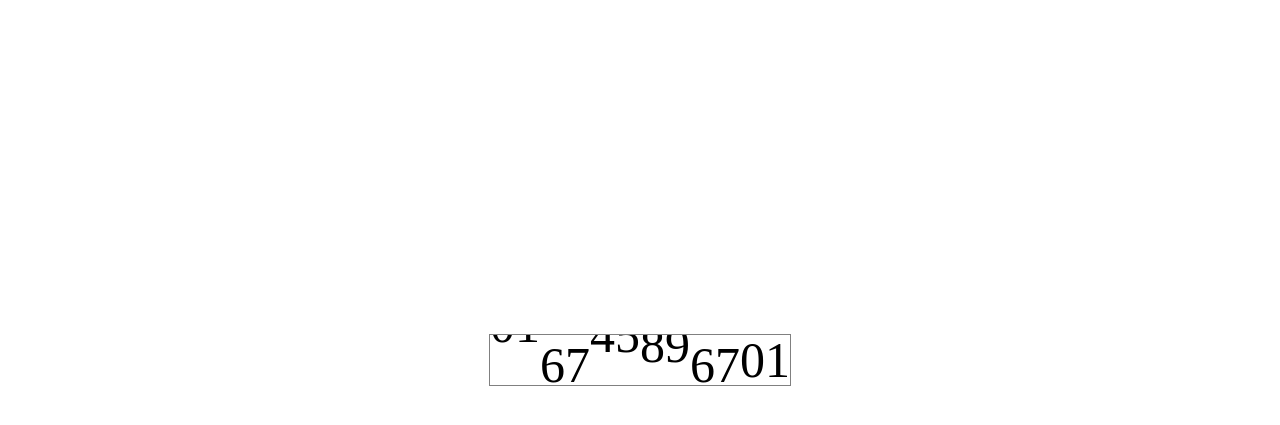
Repository: cbtpro/javascript
Page: src/animation-time/index.html
The author's editor kept a copy of each file at every save. The page is drawn from the files as they stood at one save, then again after the next save.
The browser window is 1280 px wide. The pictures show the whole page.

Above is the page before, as saved 2023-04-05 17:38:28.

### src/animation-time/index.html
<!DOCTYPE html>
<html lang="zh" dir="ltr">

<head>
  <meta charset="utf-8">
  <title>动画时间</title>
  <style type="text/css">
    * {
      margin: 0;
      padding: 0;
    }
    html,
    body {
      margin: 0;
    }

    .container {
      position: absolute;
      font-size: 50px;
      /* box-sizing: border-box; */
      top: 50%;
      left: 50%;
      width: 300px;
      height: 1em;
      transform: translate(-50%, -50%);
      border: 1px gray solid;
      overflow: hidden;
    }

    .time-block {
      float: left;
      position: relative;
      font-size: 50px;
      width: 1em;
      line-height: 80px;
      text-align: center;
      word-wrap: break-word;
      transition: top 0.5s;
    }
  </style>
  <script type="text/javascript">
    /**
    * 生成安全随机数
    * @param {*} min 最小值（包含）
    * @param {*} max 最大值（包含）
    * @param {*} isFloat 是否带小数
    * @returns {number} 范围内随机数
    */
    const random = function (min = 0, max = 100, isFloat = false) {
      const array = new Uint32Array(1)
      const maxUint = 0xffffffff
      const randomNumber = crypto.getRandomValues(array)[0] / maxUint
      const randomRangeValue = (max - min + 1) * randomNumber + min
      return isFloat ? randomRangeValue : Math.floor(randomRangeValue)
    }
    // window.onload = () => {
    //   let timeBlocks = document.querySelectorAll('.time-block')
    //   setInterval(() => {
    //     let now = new Date()
    //     let timeStr = `${now.getHours()}${now.getMinutes()}${now.getSeconds()}`
    //     Array.from(timeStr, (num, i) => {
    //       let n = Number(num);
    //       timeBlocks.item(i).style.top = -83 * n + 'px';
    //     })
    //   }, 1000)
    // }
    const tick = (timeBlocks) => {
      let now = new Date()
      let timeStr = `${now.getHours()}${now.getMinutes()}${now.getSeconds()}`
      console.log(timeStr);
      Array.from(timeStr, (num, i) => {
        let n = Number(num);
        timeBlocks.item(i).style.top = -1 * n + 'em';
      })
    }
    const start = () => {
      let timeBlocks = document.querySelectorAll('.time-block')
      window.setTimeout(() => {
        tick(timeBlocks);
        start();
      }, 1000)
    };
    window.onload = () => {
      start();
    }
  </script>
</head>

<body>
  <div class="container">
    <div class="time-block">0123456789</div>
    <div class="time-block">0123456789</div>
    <div class="time-block">0123456789</div>
    <div class="time-block">0123456789</div>
    <div class="time-block">0123456789</div>
    <div class="time-block">0123456789</div>
  </div>
</body>

</html>

After the next save:
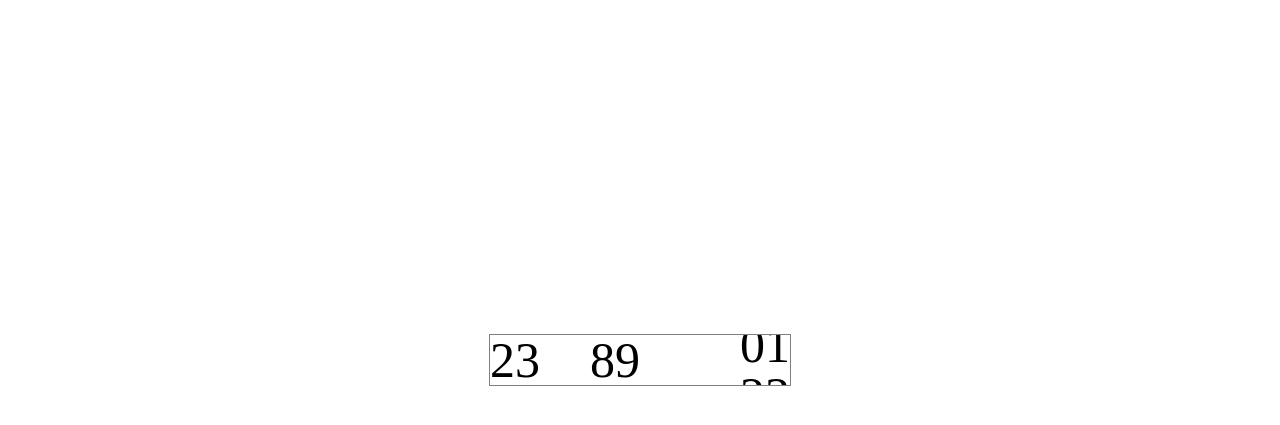
Saved 60 s later.
--- a/src/animation-time/index.html
+++ b/src/animation-time/index.html
@@ -32,7 +32,7 @@
       position: relative;
       font-size: 50px;
       width: 1em;
-      line-height: 80px;
+      line-height: 1em;
       text-align: center;
       word-wrap: break-word;
       transition: top 0.5s;
